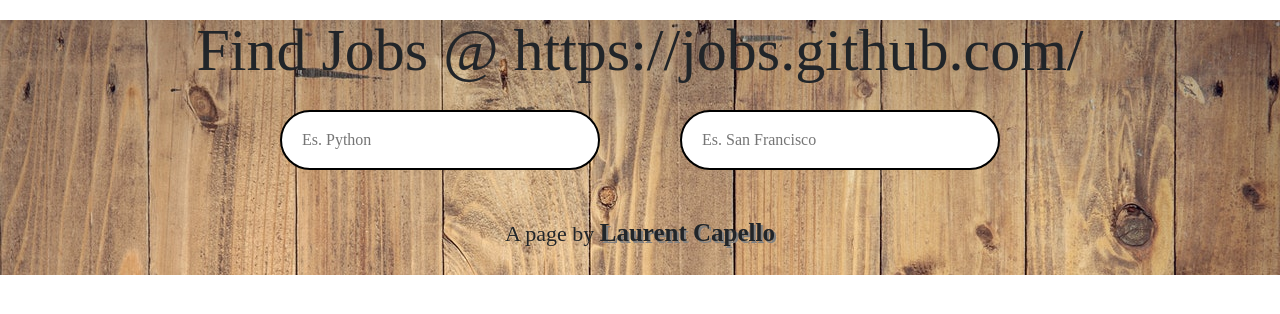
Repository: sokafootball/job-finder
Page: /
The author's editor kept a copy of each file at every save. The page is drawn from the files as they stood at one save, then again after the next save.
The browser window is 1280 px wide. The pictures show the whole page.
The page's requests for data from a server got no answer. The project was rebuilt for these pictures with package versions that can differ from the ones it lists, and the page was loaded fresh each time. No one was signed in, and anything a server would have sent is missing. Also part of the build but not shown: src/components/JobCard/JobCard.css, src/components/JobCard/JobCard.js.

Above is the page before, as saved 2020-10-22 17:43:39.

After the next save:
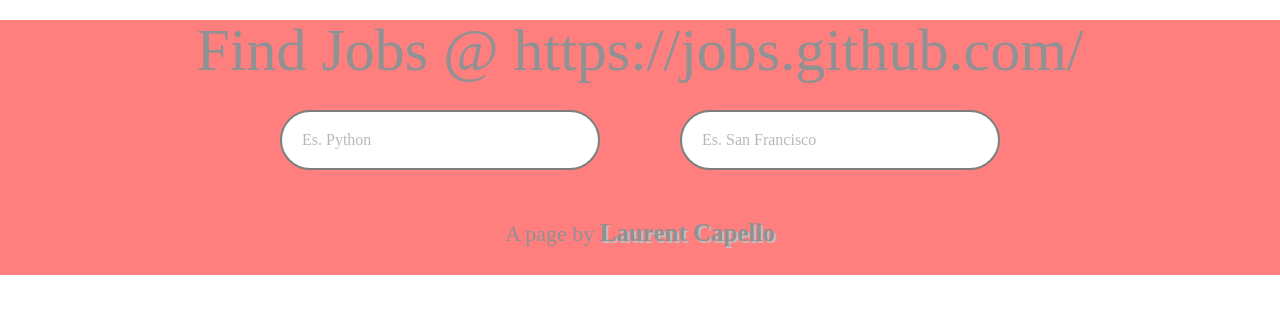
Saved 25 s later.
--- a/src/components/App/App.js
+++ b/src/components/App/App.js
@@ -8,7 +8,8 @@
 function App() {
 
   const style = {
-    backgroundImage: `url(${Background})`,
+    backgroundColor: "red",
+    opacity: 0.5
   }
 
   return (
